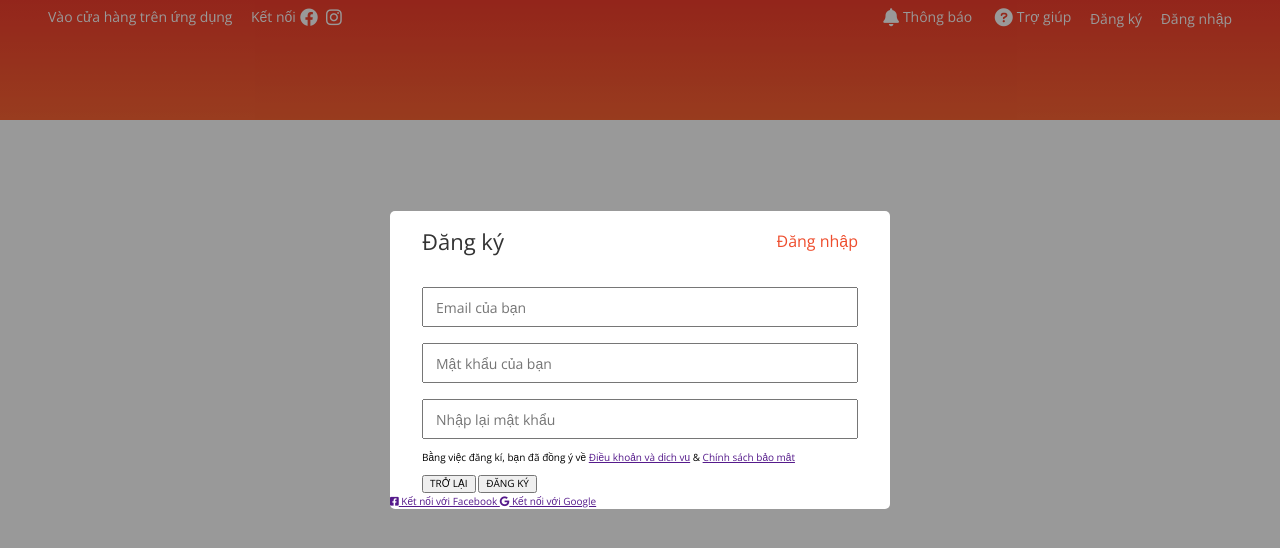
Repository: trongtamdev/Clone-Shopee-Page
Page: index.html
The author's editor kept a copy of each file at every save. The page is drawn from the files as they stood at one save, then again after the next save.
The browser window is 1280 px wide. The pictures show the whole page.

Above is the page before, as saved 2022-07-08 21:29:46.

After the next save:
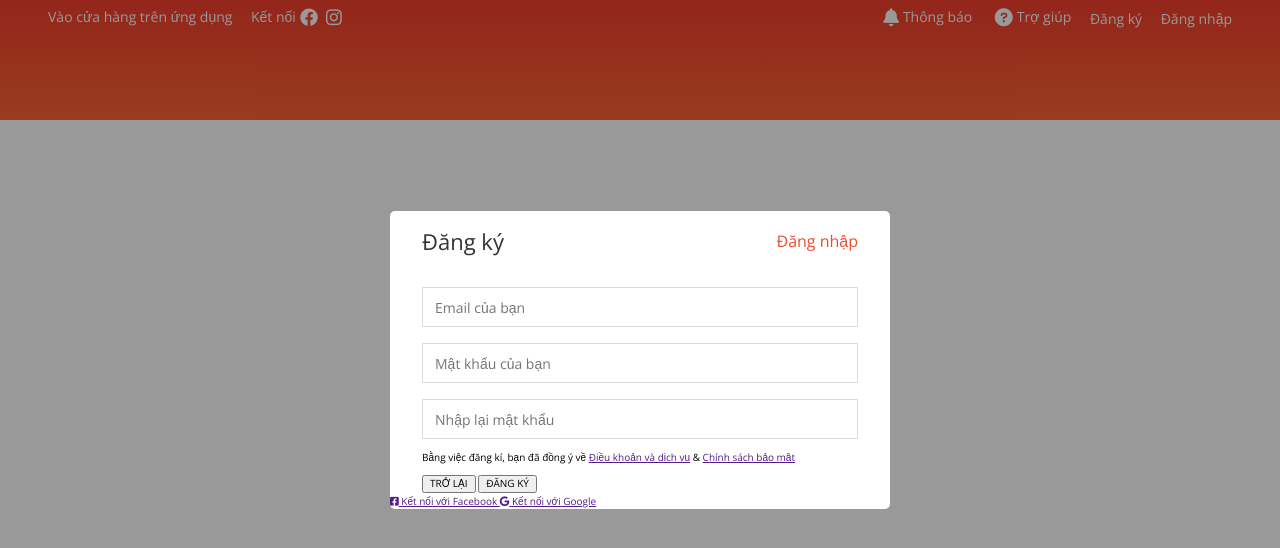
Saved 87 s later.
--- a/assets/css/main.css
+++ b/assets/css/main.css
@@ -153,4 +153,5 @@
     margin-top: 16px;
     padding: 0 12px;
     font-size: 1.4rem;
+    border: 1px solid var(--border-color);
 }

After the save that followed:
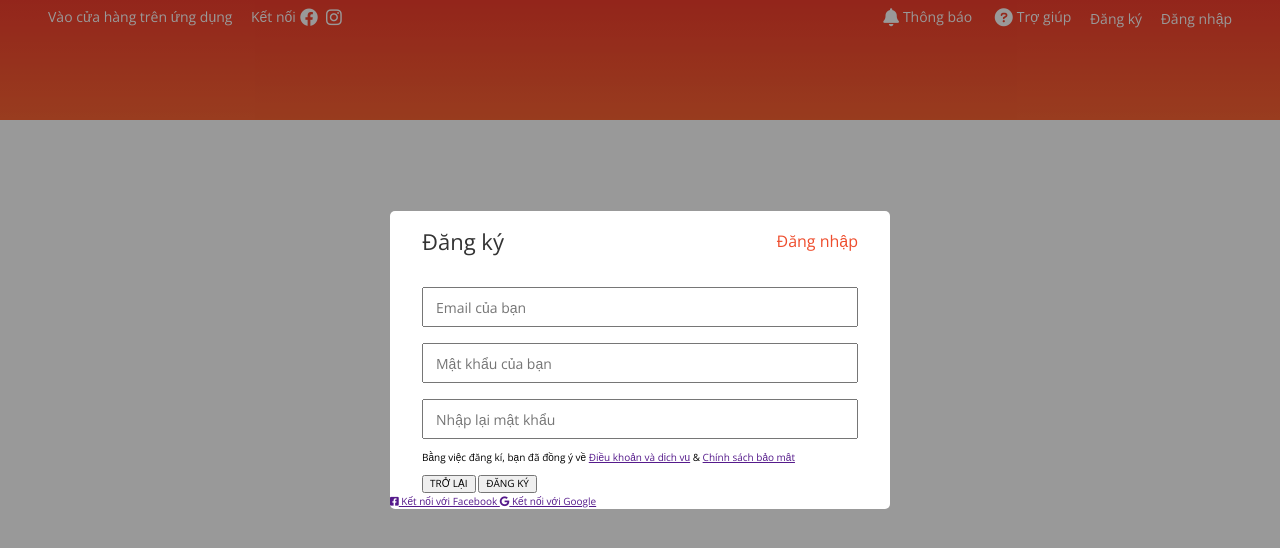
Saved 13 s later.
--- a/assets/css/main.css
+++ b/assets/css/main.css
@@ -153,5 +153,5 @@
     margin-top: 16px;
     padding: 0 12px;
     font-size: 1.4rem;
-    border: 1px solid var(--border-color);
+    /* border: 1px solid var(--border-color); */
 }
